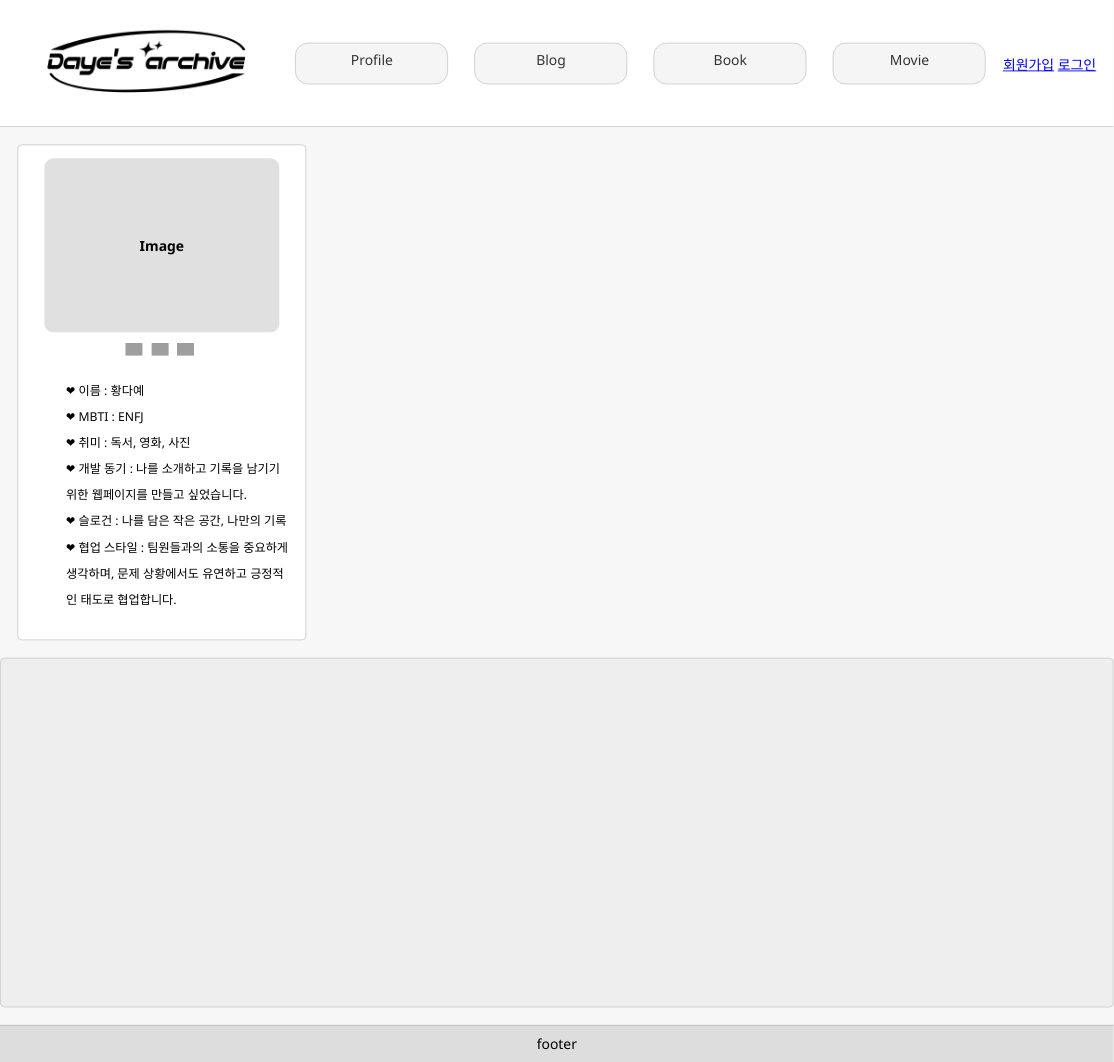
Repository: HWANG-DAYE/spring_project
Page: http://localhost/daye_archive/WEB-INF/views/main.jsp
The author's editor kept a copy of each file at every save. The page is drawn from the files as they stood at one save, then again after the next save.
The browser window is 1280 px wide. The pictures show the whole page, at 87% of full size.
Pictures or frames that could not be fetched are drawn as grey boxes. The page is served by Tomcat 9. Nobody is signed in. Other server files are loaded and not shown. The template is opened directly, without the code that normally fills it, so the values that code supplies are empty.

Above is the page before, as saved 2025-08-06 07:36:22.

### daye_archive/src/main/webapp/WEB-INF/views/main.jsp
<%@ page language="java" contentType="text/html; charset=UTF-8"
	pageEncoding="UTF-8"%>
<%@ taglib uri="http://java.sun.com/jsp/jstl/core" prefix="c"%>
<!DOCTYPE html>
<html lang="ko">
<head>
<meta charset="UTF-8">
<title>메인 페이지</title>
<style>
body {
	margin: 10px;
	font-family: 'Segoe UI', Tahoma, Geneva, Verdana, sans-serif;
	background-color: #f7f7f7;
	font-family: 'Segoe UI', Tahoma, Geneva, Verdana, sans-serif;
}

header {
	display: flex;
	justify-content: space-between;
	align-items: center;
	padding: 10px 20px;
	background-color: #ffffff;
	border-bottom: 1px solid #ccc;
}

.container {
	display: flex;
	padding: 20px;
}

.profile {
	width: 300px;
	background-color: #fff;
	border: 1px solid #ccc;
	padding: 15px;
	border-radius: 5px;
	margin-right: 20px;
	text-align: center;
	align-items: center;
}

.profile .image-box {
	width: 90%;
	height: 200px;
	background-color: #e0e0e0;
	border-radius: 10px;
	margin: 0 auto 10px; /* 가운데 정렬을 위해 수정 */
	display: flex;
	justify-content: center;
	align-items: center;
	font-weight: bold;
}

.profile .sns {
	margin: 8px 0;
}

.profile .sns img {
	width: 20px;
	margin-right: 5px;
}

.profile ul {
	text-align: left;
	list-style: none;
	margin-top: 20px;
}

.profile li {
	font-size: 14px;
	line-height: 30px;
}

.content {
	flex: 1;
	background-color: #eeeeee;
	border: 1px solid #ccc;
	border-radius: 5px;
	min-height: 400px;
}

footer {
	text-align: center;
	padding: 10px;
	background-color: #ddd;
	border-top: 1px solid #bbb;
	margin-top: 20px;
}
</style>
</head>
<body>

	<header>
		<jsp:include page="navi.jsp" />
	</header>

	<div class="container">
		<div class="profile">
			<div class="image-box">Image</div>
				<div class="sns">
					<img src="img/github.png" alt="GitHub"> <img
						src="img/velog.png" alt="Velog"> <img src="img/notion.png"
						alt="Notion">
				</div>
				<ul>
					<li>❤︎ 이름 : 황다예</li>
					<li>❤︎ MBTI : ENFJ</li>
					<li>❤︎ 취미 : 독서, 영화, 사진</li>
					<li>❤︎ 개발 동기 : 나를 소개하고 기록을 남기기 위한 웹페이지를 만들고 싶었습니다.</li>
					<li>❤︎ 슬로건 : 나를 담은 작은 공간, 나만의 기록</li>
					<li>❤︎ 협업 스타일 : 팀원들과의 소통을 중요하게 생각하며, 문제 상황에서도 유연하고 긍정적인 태도로
						협업합니다.</li>
				</ul>
			</div>
		</div>

		<div class="content">
			<!-- 중앙 컨텐츠 영역 -->
		</div>

	<footer> footer </footer>

</body>
</html>

### daye_archive/src/main/webapp/WEB-INF/views/navi.jsp
<%@ page language="java" contentType="text/html; charset=UTF-8"
	pageEncoding="UTF-8"%>
<%@ taglib uri="http://java.sun.com/jsp/jstl/core" prefix="c"%>
<!DOCTYPE html>
<html>
<head>
<meta charset="UTF-8">
<title>Insert title here</title>
<style>
body {
	margin: 0;
	font-family: 'Segoe UI', Tahoma, Geneva, Verdana, sans-serif;
	background-color: #f7f7f7;
}

header {
	justify-content: space-between;
	align-items: center;
	padding: 10px 20px;
	background-color: #ffffff;
	border-bottom: 1px solid #ccc;
}

.logo-img {
	height: 80px;
	padding: 20px 30px;
	object-fit: contain;
}

.container {
	display: flex;
	padding: 20px;
}

.nav-links {
	display: flex;
	gap: 30px;
	justify-content: flex-start;
}

.nav-links a {
	width: 150px;
	height: 30px;
	text-decoration: none;
	text-align: center;
	color: #333;
	padding: 8px 12px;
	border-radius: 15px;
	border: 1px solid #ccc;
	background-color: #f5f5f5;
	transition: background-color 0.2s;
	display: flex;
	align-items: left;
	justify-content: center;
}

.nav-links a:hover {
	background-color: #e0e0e0;
}

.sign {
	gap: 30px;
	text-align: right;
}
</style>
</head>
<body>
	<!-- 로고 클릭 시 메인으로 이동 -->
	<div class="logo">
		<a href="<c:url value='/main.jsp' />"> <img
			src="<c:url value='/resources/images/logo1.png' />" alt="Logo"
			class="logo-img">
		</a>
	</div>

	<!-- 메뉴 링크들 -->
	<nav class="nav-links">
		<a href="<c:url value='/profile.jsp' />">Profile</a> <a
			href="<c:url value='/blog.jsp' />">Blog</a> <a
			href="<c:url value='/booklist.jsp' />">Book</a> <a
			href="<c:url value='/movielist.jsp' />">Movie</a>
	</nav>

	<!-- 로그인/회원가입 -->
	<div class="sign">
		<a href="<c:url value='/register.jsp' />">회원가입</a> <a
			href="<c:url value='/login.jsp' />">로그인</a>
	</div>

</body>
</html>

After the next save:
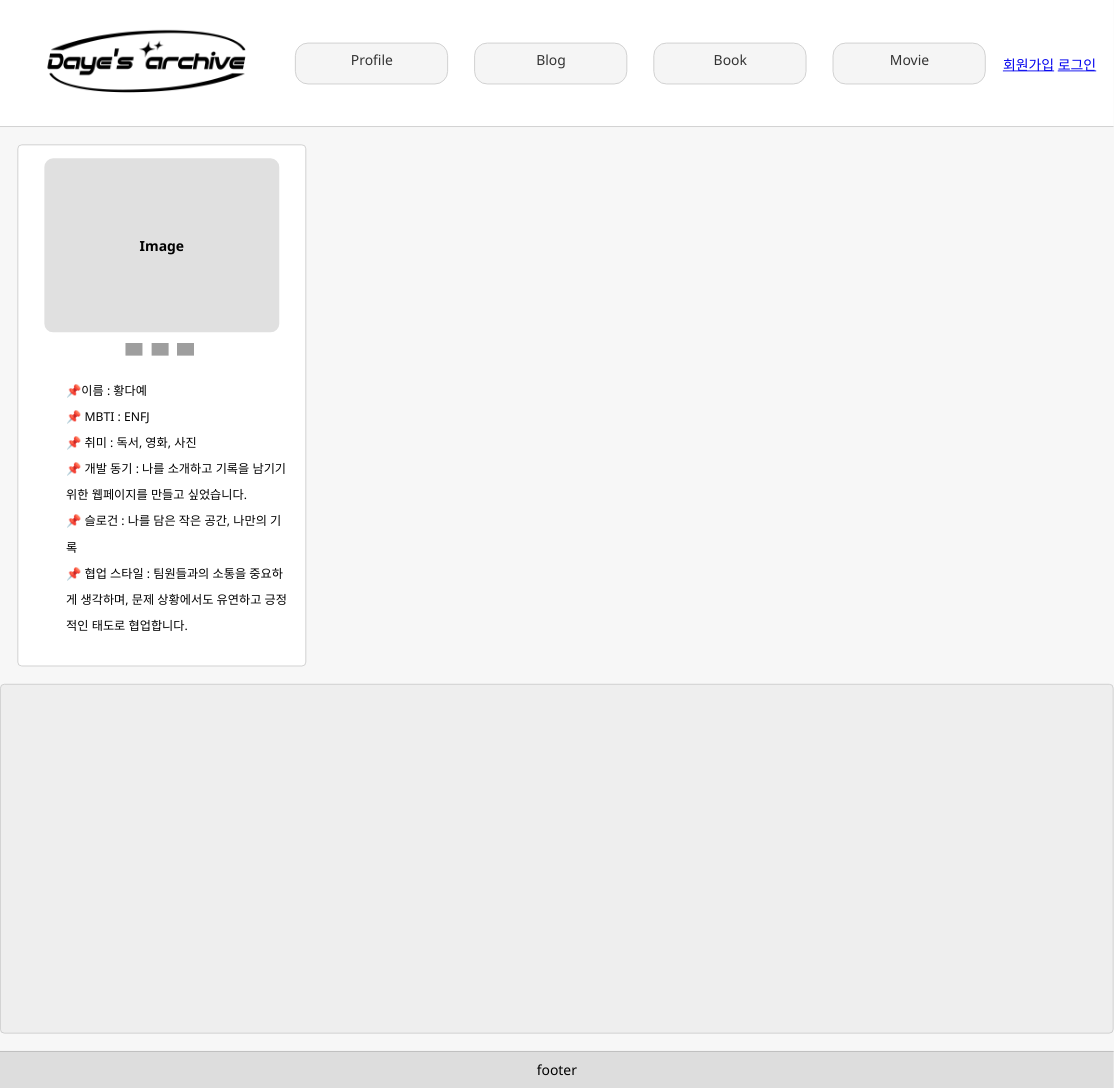
Saved 26 min 13 s later.
--- a/daye_archive/src/main/webapp/WEB-INF/views/main.jsp
+++ b/daye_archive/src/main/webapp/WEB-INF/views/main.jsp
@@ -103,12 +103,12 @@ footer {
 						alt="Notion">
 				</div>
 				<ul>
-					<li>❤︎ 이름 : 황다예</li>
-					<li>❤︎ MBTI : ENFJ</li>
-					<li>❤︎ 취미 : 독서, 영화, 사진</li>
-					<li>❤︎ 개발 동기 : 나를 소개하고 기록을 남기기 위한 웹페이지를 만들고 싶었습니다.</li>
-					<li>❤︎ 슬로건 : 나를 담은 작은 공간, 나만의 기록</li>
-					<li>❤︎ 협업 스타일 : 팀원들과의 소통을 중요하게 생각하며, 문제 상황에서도 유연하고 긍정적인 태도로
+					<li>📌이름 : 황다예</li>
+					<li>📌 MBTI : ENFJ</li>
+					<li>📌 취미 : 독서, 영화, 사진</li>
+					<li>📌 개발 동기 : 나를 소개하고 기록을 남기기 위한 웹페이지를 만들고 싶었습니다.</li>
+					<li>📌 슬로건 : 나를 담은 작은 공간, 나만의 기록</li>
+					<li>📌 협업 스타일 : 팀원들과의 소통을 중요하게 생각하며, 문제 상황에서도 유연하고 긍정적인 태도로
 						협업합니다.</li>
 				</ul>
 			</div>
